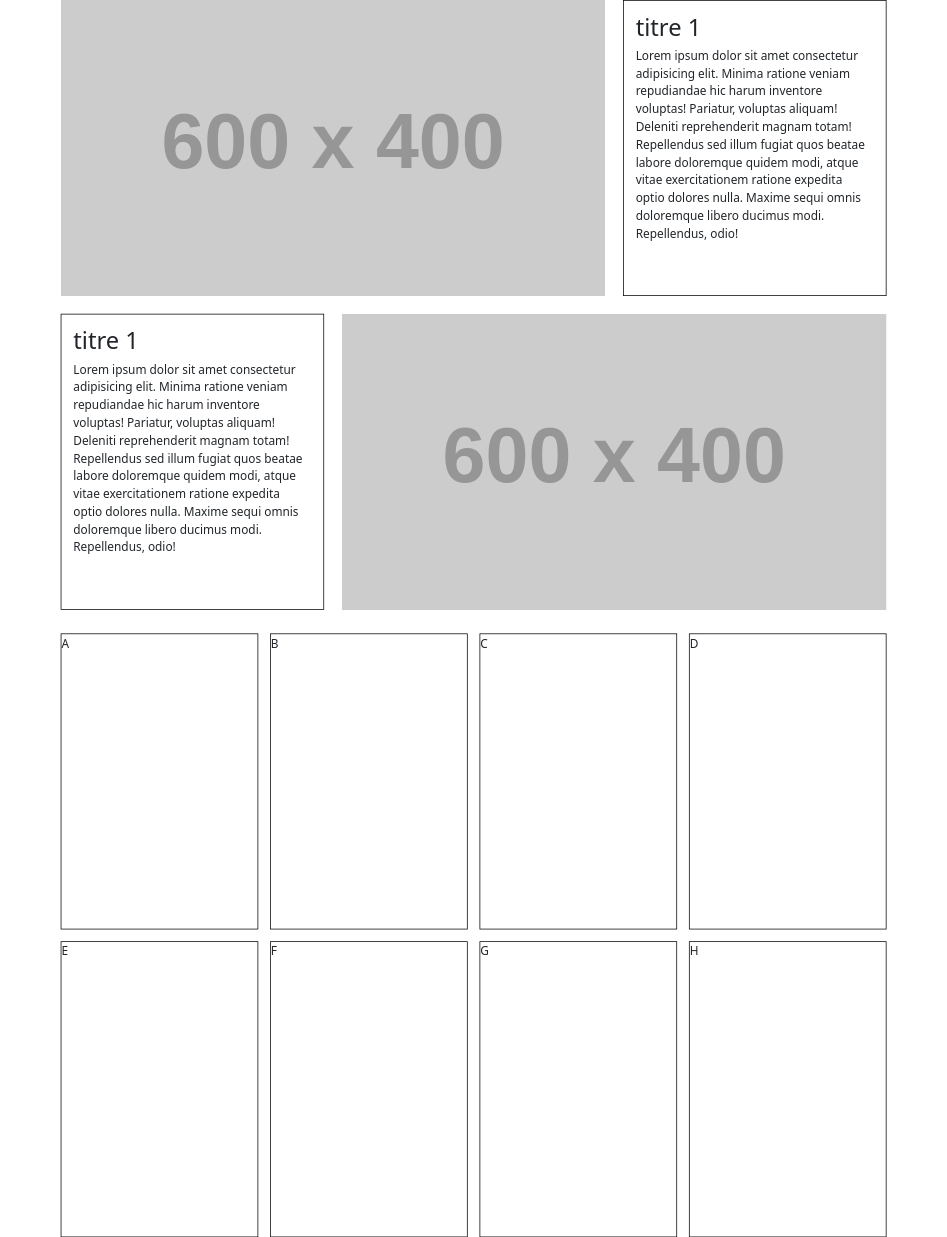
Repository: fbansept/ran3_24_jeu
Page: correction-tp.html
These files come from the project's save history. The page is drawn as it stood at one moment and after a run of saves; the edit follows.
The browser window is 1280 px wide. The pictures show the whole page, at 74% of full size.

Above is the page before, as saved 2024-10-22 15:50:16.

### correction-tp.html
<!DOCTYPE html>
<html lang="en">
  <head>
    <meta charset="UTF-8" />
    <meta name="viewport" content="width=device-width, initial-scale=1.0" />
    <title>Document</title>

    <link
      href="https://cdn.jsdelivr.net/npm/bootstrap@5.3.3/dist/css/bootstrap.min.css"
      rel="stylesheet"
      integrity="sha384-QWTKZyjpPEjISv5WaRU9OFeRpok6YctnYmDr5pNlyT2bRjXh0JMhjY6hW+ALEwIH"
      crossorigin="anonymous"
    />

    <script
      defer
      src="https://cdn.jsdelivr.net/npm/bootstrap@5.3.3/dist/js/bootstrap.bundle.min.js"
      integrity="sha384-YvpcrYf0tY3lHB60NNkmXc5s9fDVZLESaAA55NDzOxhy9GkcIdslK1eN7N6jIeHz"
      crossorigin="anonymous"
    ></script>

    <link rel="stylesheet" href="style.css" />
  </head>
  <body class="container">
    <section class="mb-lg-3">
      <div class="row">
        <img
          class="col-md-6 col-lg-8"
          src="https://placehold.co/600x400"
          alt=""
        />
        <article class="col-md-6 col-lg-4">
          <div>
            <h2>titre 1</h2>
            <p>
              Lorem ipsum dolor sit amet consectetur adipisicing elit. Minima
              ratione veniam repudiandae hic harum inventore voluptas! Pariatur,
              voluptas aliquam! Deleniti reprehenderit magnam totam! Repellendus
              sed illum fugiat quos beatae labore doloremque quidem modi, atque
              vitae exercitationem ratione expedita optio dolores nulla. Maxime
              sequi omnis doloremque libero ducimus modi. Repellendus, odio!
            </p>
          </div>
        </article>
      </div>
      <div class="row flex-md-row-reverse mt-4">
        <img
          class="col-md-6 col-lg-8"
          src="https://placehold.co/600x400"
          alt=""
        />
        <article class="col-md-6 col-lg-4">
          <div>
            <h2>titre 1</h2>
            <p>
              Lorem ipsum dolor sit amet consectetur adipisicing elit. Minima
              ratione veniam repudiandae hic harum inventore voluptas! Pariatur,
              voluptas aliquam! Deleniti reprehenderit magnam totam! Repellendus
              sed illum fugiat quos beatae labore doloremque quidem modi, atque
              vitae exercitationem ratione expedita optio dolores nulla. Maxime
              sequi omnis doloremque libero ducimus modi. Repellendus, odio!
            </p>
          </div>
        </article>
      </div>
    </section>
    <section
      class="row row-cols-1 row-cols-md-2 row-cols-lg-4 g-3 g-md-0 g-lg-3 mt-2 mt-md-3"
    >
      <article class="col">
        <div><span>A</span></div>
      </article>
      <article class="col">
        <div><span>B</span></div>
      </article>
      <article class="col">
        <div><span>C</span></div>
      </article>
      <article class="col">
        <div><span>D</span></div>
      </article>
      <article class="col">
        <div><span>E</span></div>
      </article>
      <article class="col">
        <div><span>F</span></div>
      </article>
      <article class="col">
        <div><span>G</span></div>
      </article>
      <article class="col">
        <div><span>H</span></div>
      </article>
    </section>
  </body>
</html>

### style.css
section > div > img,
section > article > div,
section > div > article {
  height: 400px;
}

section > article > div,
section > div > article > div {
  border: 1px solid black;
}

section > div > article > div {
  height: 100%;
  padding: 1em;
}

section > div > img {
  object-fit: cover;
}

/* section > div:nth-child(even) {
  flex-direction: row-reverse;
} */

@media (min-width: 992px) {
  section.row > article.col: {
    margin-top: 0;
  }
}

After the next 2 saves:
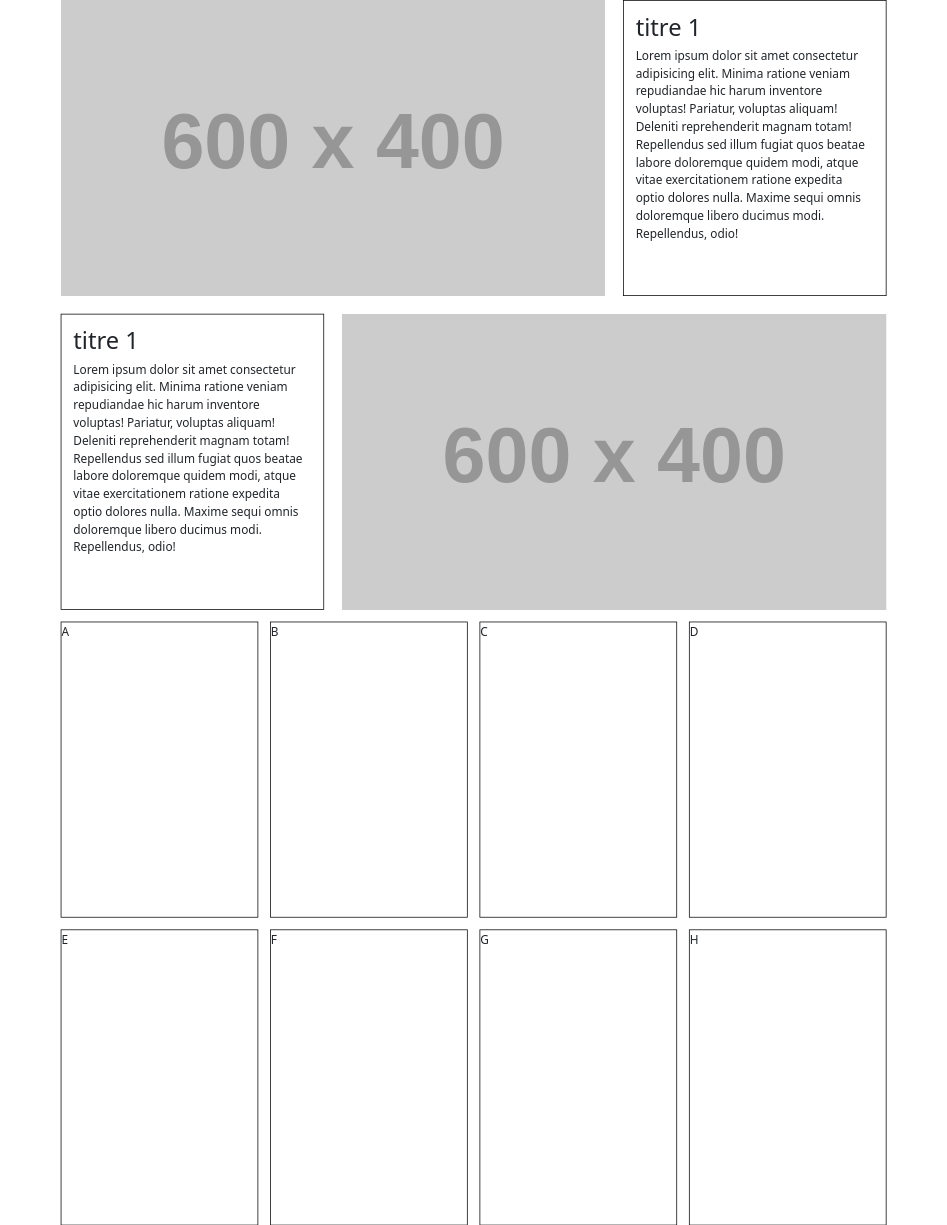
The 2 saves are shown as one change because they came seconds apart.
The last was saved 37 s later.
--- a/style.css
+++ b/style.css
@@ -23,7 +23,7 @@ section > div > img {
 } */
 
 @media (min-width: 992px) {
-  section.row > article.col: {
+  section.row > article.col:nth-child(-n + 4) {
     margin-top: 0;
   }
 }
